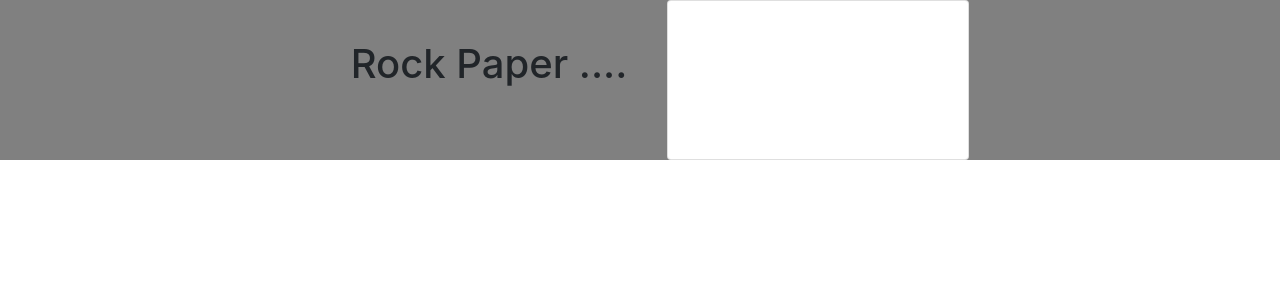
Repository: hossamsulleman1/Colllege-rock-paper-game
Page: outcome.html
These files come from the project's save history. The page is drawn as it stood at one moment and after a run of saves; the edit follows.
The browser window is 1280 px wide. The pictures show the whole page.

Above is the page before, as saved 2020-09-17 00:45:29.

After the next 3 saves:
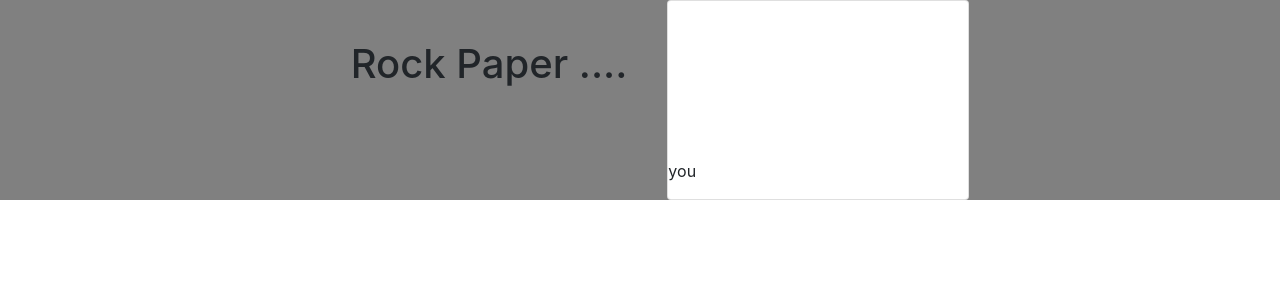
The 3 saves are shown as one change because they came seconds apart.
The last was saved 12 s later.
--- a/outcome.html
+++ b/outcome.html
@@ -22,7 +22,7 @@
 <!-- their chose as svg -->
 </Svg>
 
-
+<p>you</p>
 
 
 
